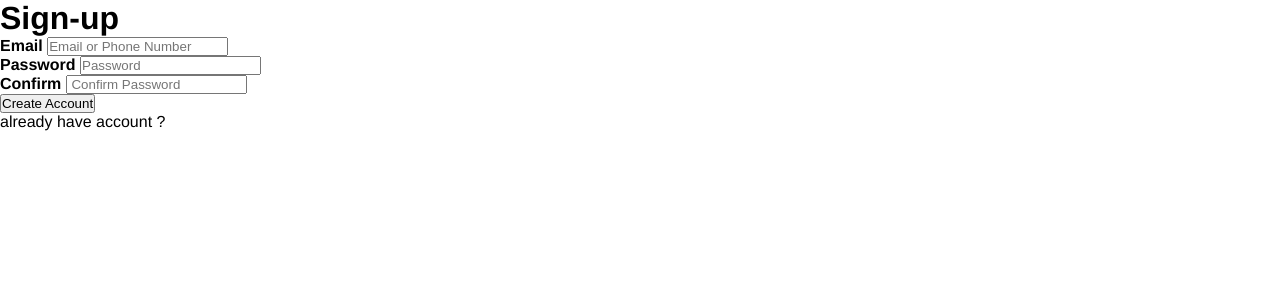
Repository: Naohonproject/web101x02-asm3
Page: Signup.html
An editor plug-in stored every save of this project. The page is shown before and after the next save, followed by the edit.
The browser window is 1280 px wide. The pictures show the whole page.

Above is the page before, as saved 2022-01-22 18:13:35.

### Signup.html
<!-- @format -->

<!DOCTYPE html>
<html lang="en">
	<head>
		<meta charset="UTF-8" />
		<meta http-equiv="X-UA-Compatible" content="IE=edge" />
		<meta name="viewport" content="width=device-width, initial-scale=1.0" />

		<link rel="stylesheet" href="./assets/css/style.css" />
		<link rel="stylesheet" href="./assets/css/responsive.css" />

		<title>Signup</title>
	</head>
	<body>
		<div class="container">
			<form class="form" id="form-signup" action="" method="">
				<div class="form-wrapper">
					<div class="logo">
						<h1>Sign-up</h1>
					</div>
					<div class="input">
						<div class="user-input">
							<label for="user-id"><strong>Email</strong></label>
							<input
								type="text"
								id="user-id"
								required
								placeholder="Email or Phone Number"
							/>
						</div>

						<div class="user-input">
							<label for="user-pass"><strong>Password</strong></label>
							<input
								type="text"
								id="user-pass"
								required
								placeholder="Password"
							/>
						</div>

						<div class="user-input">
							<label for="user-pass"><strong>Confirm </strong></label>
							<input
								type="text"
								id="user-pass"
								required
								placeholder=" Confirm Password"
							/>
						</div>
						<div class="clear"></div>
					</div>
					<div class="btn-block">
						<div class="btn">
							<button type="button">Create Account</button>
						</div>

						<div style="border : none"	class="forgotten">
							<a href="login.html">already have account ?</a>
						</div>
						</div>
					</div>
				</div>
			</form>

		</div>
	</body>
</html>

### assets/css/style.css
/**
 * /* ======reset css======
 *
 * @format
 */

*,
::before,
::after {
	padding: 0;
	margin: 0;
	box-sizing: border-box;
	list-style-type: none;
	text-decoration: none;
	color: #000;
}

html {
	font-family: "Helvetica Neue", Helvetica, Arial;
}

.header-wrapper {
	font-size: 16px;
}

.nav-bar a {
	color: #fff;
	text-transform: uppercase;
}

img:hover {
	animation: shake 0.8s;
	animation-iteration-count: infinite;
}

@keyframes shake {
	0% {
		transform: translate(1px, 1px) rotate(0deg);
	}
	10% {
		transform: translate(-1px, -2px) rotate(-1deg);
	}
	20% {
		transform: translate(-3px, 0px) rotate(1deg);
	}
	30% {
		transform: translate(3px, 2px) rotate(0deg);
	}
	40% {
		transform: translate(1px, -1px) rotate(1deg);
	}
	50% {
		transform: translate(-1px, 2px) rotate(-1deg);
	}
	60% {
		transform: translate(-3px, 1px) rotate(0deg);
	}
	70% {
		transform: translate(3px, 1px) rotate(-1deg);
	}
	80% {
		transform: translate(-1px, -1px) rotate(1deg);
	}
	90% {
		transform: translate(1px, 2px) rotate(0deg);
	}
	100% {
		transform: translate(1px, -2px) rotate(-1deg);
	}
}

### assets/css/responsive.css
/**
 * /* ========responsive for tablet==============
 *
 * @format
 */

@media screen and (min-width: 768px) {
	#header {
		background-color: #60646d;
	}

	.nav-bar {
		padding: 0 28px;
	}

	.left-col {
		justify-content: flex-start;
	}

	.right-col {
		justify-content: flex-end;
	}

	.ml {
		margin-left: 14px;
	}

	.mr {
		margin-right: 14px;
	}

	.img-list-wrapper {
		margin: 0 -24px;
	}

	.col-tablet-1 {
		width: 8.33%;
	}
	.col-tablet-2 {
		width: 16.66%;
	}
	.col-tablet-3 {
		width: 25%;
	}
	.col-tablet-4 {
		width: 33.33%;
	}
	.col-tablet-5 {
		width: 41.66%;
	}
	.col-tablet-6 {
		width: 50%;
		padding: 0 24px;
	}
	.col-tablet-7 {
		width: 58.33%;
	}
	.col-tablet-8 {
		width: 66.66%;
	}
	.col-tablet-9 {
		width: 75%;
	}
	.col-tablet-10 {
		width: 83.33%;
	}
	.col-tablet-11 {
		width: 91.66%;
	}
	.col-tablet-12 {
		width: 100%;
	}

	#footer p {
		padding-top: 0;
	}

	#main {
		padding-bottom: 0;
	}

	#footer {
		padding-top: 0;
		padding-bottom: 0;
	}

	.footer-block {
		margin-top: 32px;
	}

	#banner {
		border-bottom: 1px solid #d4d4d4;
	}

	div[class*="-desc"] {
		padding-bottom: 32px;
	}

	#img-list {
		margin-top: -56px;
	}
}

/* ========responsive for desktop */

@media screen and (min-width: 992px) {
	#header {
		background-color: #fff;
		box-shadow: 0 0 10px gray;
	}

	#header .nav-item {
		width: 100px;
		transition: all 1s;
	}

	#header .nav-item:hover {
		background-color: #282830;
		cursor: pointer;
		transform: scale(1.1);
	}

	#header .nav-item:hover a {
		color: #fff;
	}

	.nav-bar {
		padding: 0 50px;
	}

	.left-col {
		justify-content: flex-start;
	}

	.right-col {
		justify-content: flex-end;
	}

	.ml {
		margin-left: 18px;
	}

	.mr {
		margin-right: 18px;
	}

	.nav-bar a {
		color: #000;
	}

	.col-desktop-1 {
		width: 8.33%;
	}
	.col-desktop-2 {
		width: 16.66%;
	}
	.col-desktop-3 {
		width: 25%;
	}
	.col-desktop-4 {
		width: 33.33%;
		padding: 0 16px;
	}
	.col-desktop-5 {
		width: 41.66%;
	}
	.col-desktop-6 {
		width: 50%;
	}
	.col-desktop-7 {
		width: 58.33%;
	}
	.col-desktop-8 {
		width: 66.66%;
	}
	.col-desktop-9 {
		width: 75%;
	}
	.col-desktop-10 {
		width: 83.33%;
	}
	.col-desktop-11 {
		width: 91.66%;
	}
	.col-desktop-12 {
		width: 100%;
	}

	#main {
		margin-top: -32px;
	}

	#banner {
		padding-top: 39.123607%;
		background: url(../img/banner/banner.png) top center / cover no-repeat;
		background-origin: border-box;
		border: none;
	}

	.banner-wrapper {
		position: absolute;
		top: 160px;
		left: 56px;
	}

	#banner > * {
		font-family: Georgia, "Times New Roman", Times, serif;
	}

	#banner .content-heading {
		font-size: 28px;
	}

	#banner .content-desc {
		font-size: 24px;
	}

	.white-text {
		color: #fff;
	}

	#section,
	#img-list {
		background-color: #e7e7e7;
		background-clip: border-box;
	}

	#section {
		margin-top: 0;
	}

	#img-list .img-list-wrapper {
		margin-left: -16px;
		margin-right: -16px;
		display: flex;
		width: 100%;
		height: auto;
		align-items: stretch;
	}

	.image-block {
		display: flex;
		flex-direction: column;
		justify-content: space-between;
	}

	#img-list img {
		width: 100%;
		margin-top: 16px;
	}

	#section,
	#img-list {
		padding: 32px;
		height: auto;
	}

	.footer-wrapper {
		padding: 40px 32px 80px 32px;
		background-color: #ccc;
	}

	#footer h3 {
		font-size: 28px;
	}

	#footer h3,
	p,
	a {
		padding: 12px 0px;
	}

	#footer p {
		line-height: 24px;
	}
	#footer a {
		color: #1dabb8;
	}
}

After the next save:
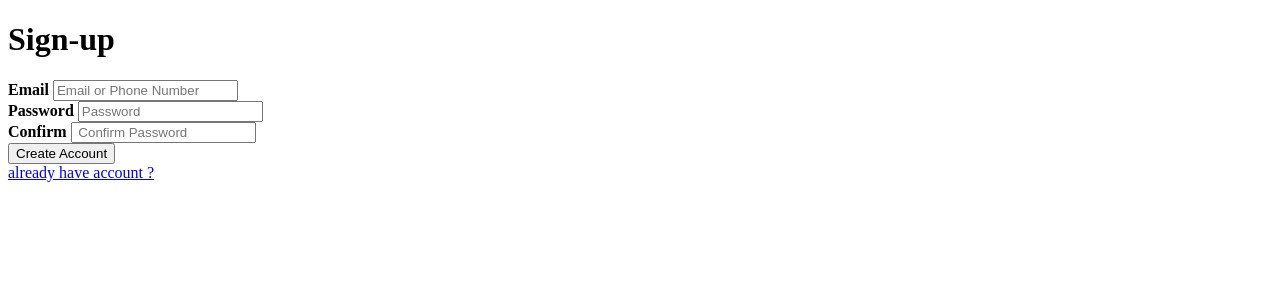
Saved 17 s later.
--- a/Signup.html
+++ b/Signup.html
@@ -7,8 +7,7 @@
 		<meta http-equiv="X-UA-Compatible" content="IE=edge" />
 		<meta name="viewport" content="width=device-width, initial-scale=1.0" />
 
-		<link rel="stylesheet" href="./assets/css/style.css" />
-		<link rel="stylesheet" href="./assets/css/responsive.css" />
+
 
 		<title>Signup</title>
 	</head>
